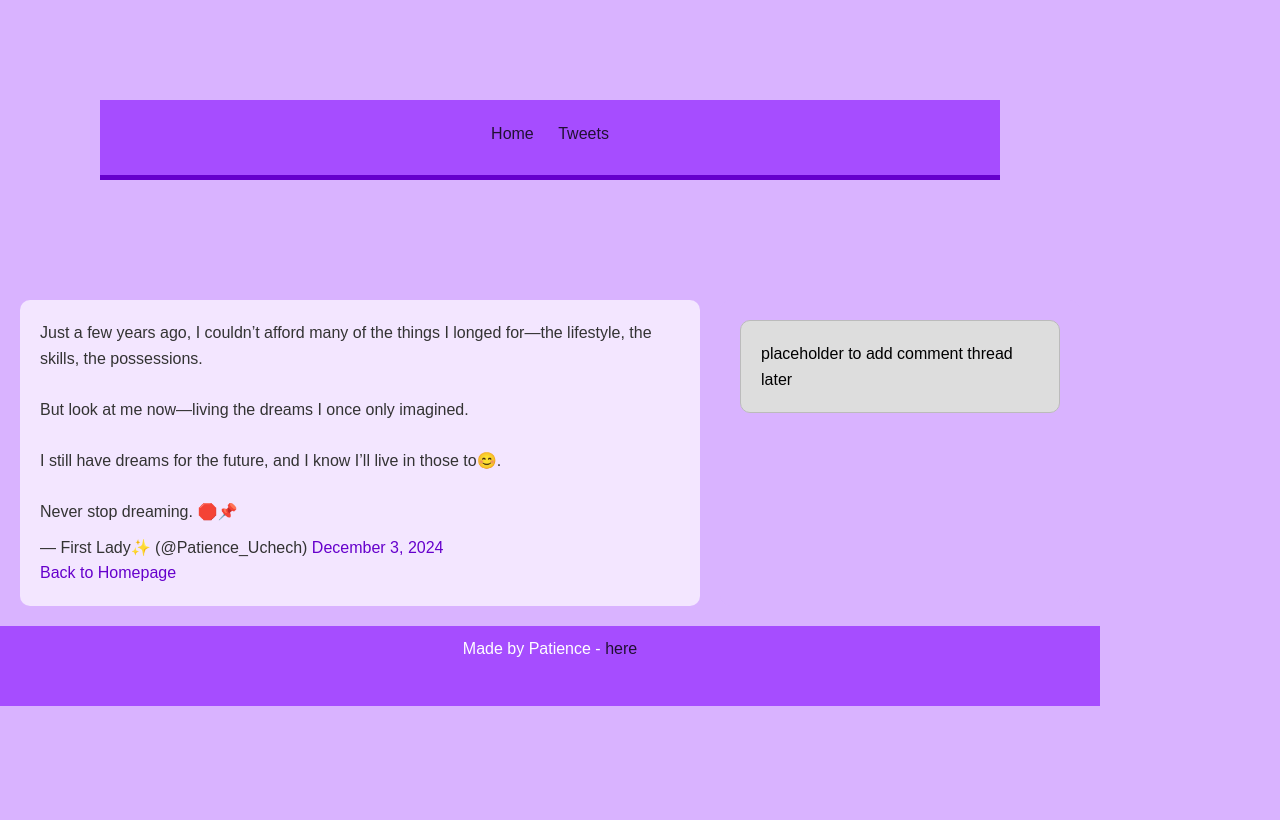
Repository: Patience225/My_First_Portfolio
Page: html_basic/tweets.html
The author's editor kept a copy of each file at every save. The page is drawn from the files as they stood at one save, then again after the next save.
The browser window is 1280 px wide. The pictures show the whole page.

Above is the page before, as saved 2024-12-21 09:09:36.

### html_basic/tweets.html
<!DOCTYPE html>
<html lang="en">
<head>
  <meta charset="UTF-8">
  <meta name="viewport" content="width=device-width, initial-scale=1.0">
  <title>My Tweets</title>
  <link href="../css_basic/base.css" rel="stylesheet">
  <link href="../css_basic/styles.css" rel="stylesheet">
</head>
<body class="tweets-page">
  <header>
    <ul>
      <li><a href="index.html">Home</a></li>
      <li><a href="tweets.html">Tweets</a></li>
    </ul>
  </header>
  <main>
    <article>
      <blockquote class="twitter-tweet"><p lang="en" dir="ltr">Just a few years ago, I couldn’t afford many of the things I longed for—the lifestyle, the skills, the possessions.<br><br>But look at me now—living the dreams I once only imagined.<br><br>I still have dreams for the future, and I know I’ll live in those to😊.<br><br>Never stop dreaming. 🛑📌</p>&mdash; First Lady✨ (@Patience_Uchech) <a href="https://twitter.com/Patience_Uchech/status/1863800680617541974?ref_src=twsrc%5Etfw">December 3, 2024</a></blockquote> <script async src="https://platform.twitter.com/widgets.js" charset="utf-8"></script>
      <a href="index.html">Back to Homepage</a>
    </article>
    <aside>
      <p>placeholder to add comment thread later</p>
    </aside>
  </main>
  <footer>
    <p>Made by Patience - <a href="https://github.com/Patience225" target="_blank">here</a></p>
  </footer>
</body>
</html>

### css_basic/base.css
/* CSS reset rules */

html, body {
  height: 100%;
  min-height: 100%;
  margin: 0;
  padding: 0;
  border: 0;
  font-size: 100%;
  font-style: inherit;
  vertical-align: baseline;
}

html, body, div, span, applet, object, iframe,
h1, h2, h3, h4, h5, h6, p, blockquote, pre,
a, abbr, acronym, address, big, cite, code,
del, dfn, img, ins, kbd, q, s, samp,
small, strike, sub, sup, tt, var,
b, u, i, center,
dl, dt, dd,
fieldset, form, label, legend,
table, caption, tbody, tfoot, thead, tr, th, td,
article, aside, canvas, details, embed,
figure, figcaption, footer, header, hgroup,
menu, nav, output, ruby, section, summary,
time, mark, audio, video {
  margin: 0;
  padding: 0;
  border: 0;
  font-size: 100%;
  font-style: inherit;
  vertical-align: baseline;
}

/* HTML5 display-role reset for older browsers */
article, aside, details, figcaption, figure,
footer, header, hgroup, menu, nav, section {
  display: block;
}

body {
  line-height: 1;
  font-family: 'Josefin Sans', serif;
  color: rgba(0, 0, 0, 0.8);
}

blockquote, q {
  quotes: none;
}
blockquote:before, blockquote:after,
q:before, q:after {
  content: '';
  content: none;
}

table {
  border-collapse: collapse;
  border-spacing: 0;
}

/* Fonts and colors */
h1, h2, h3, h4, h5, h6, header {
  font-family: 'Yeseva One', sans-serif;
}

aside {
  background: #FAFAFA;
  padding: 50px 15px;
}

aside p {
  border: 1px solid #bbb;
  background: #ddd;
  color: black;
  border-radius: 10px;
  padding: 20px 20px;
}

footer a {
  color: rgba(0, 0, 0, 0.8);
}

a {
  color: #F80002;
}

/* Positioning and margins */
@media (min-width: 1100px) {
  body {
    width: 1100px;
    margin: 0 auto;
  }
}

article {
  padding: 50px 15px;
}

article > *:first-child {
  margin-top: 0;
}

header .right {
  float: right;
  margin: 0 10px 15px;
}

/* Merged header block */
header {
  padding: 20px 0;
  height: 80px;
  border-bottom: 1px solid rgb(221,221,221);
  transition: border-bottom-color 1s ease;
}

header ul {
  list-style: none;
  margin: 0;
  padding: 0;
}

header li {
  display: inline;
  vertical-align: middle;
}

header li:first-child {
  margin: 0;
}

header li a {
  margin: 0 10px;
}

header li.logo {
  font-size: 36px;
}

header a {
  color: rgba(0, 0, 0, 0.8);
  text-decoration: none;
}

/* Footer */
footer {
  padding: 5px 15px;
  height: 80px;
}

/* Text styles and margins */

p {
  margin-bottom: 15px;
}

h1 {
  font-size: 36px;
  margin: 40px 0 20px;
}

h2 {
  font-size: 32px;
  margin: 30px 0 15px;
}

h3 {
  font-size: 28px;
  margin: 25px 0 10px;
}

h4 {
  font-size: 20px;
  font-weight: bold;
  margin: 20px 0 10px;
}

h5 {
  font-size: 18px;
  font-weight: bold;
  margin: 15px 0 10px;
}

h6 {
  font-weight: bold;
  margin: 5px 0;
}

@media (max-width: 800px) {
  body.works_on_smartphone {
    display: block;
  }

  body.works_on_smartphone main {
    display: block;
  }

  header .right {
    float: none;
  }
}

### css_basic/styles.css
/* Root variables for colors */
:root {
  --light-purple: #f3e6ff; /* Background for index */
  --medium-purple: #d9b3ff; /* Background for tweets */
  --dark-purple: #a64dff; /* Header/Footer background */
  --accent-purple: #6600cc; /* Accent elements like links */
  --text-dark: #333333; /* Professional dark text color */
  --text-light: #ffffff; /* Light text for contrast */
}

/* Global Reset */
* {
  margin: 0;
  padding: 0;
  box-sizing: border-box;
}

/* Global Styles */
body {
  font-family: 'Arial', sans-serif;
  line-height: 1.6;
  margin: 0;
}

/* Body Themes */
body.index-page {
  background-color: var(--light-purple);
  color: var(--text-dark);
}

body.tweets-page {
  background-color: var(--medium-purple);
  color: var(--text-dark);
}

/* Header Styling */
header {
  background-color: var(--dark-purple);
  color: var(--text-light);
  padding: 20px;
  margin: 100px;
  text-align: center;
  border-bottom: 5px solid var(--accent-purple);
}

header h1 {
  margin-bottom: 5px;
  font-size: 2.5rem;
}

header p {
  font-size: 1.2rem;
}

/* Navigation Bar */
nav ul {
  list-style: none;
  display: flex;
  justify-content: center;
  padding: 10px 0;
  background-color: var(--accent-purple);
}

nav ul li {
  margin: 0 15px;
}

nav ul li a {
  text-decoration: none;
  color: var(--text-light);
  font-weight: bold;
  transition: color 0.3s ease;
}

nav ul li a:hover {
  color: var(--light-purple);
}

/* Main Flexbox Layout */
main {
  display: flex;
  flex-direction: row;
  gap: 20px;
  padding: 20px;
}

/* Article and Aside */
article {
  flex: 2;
  background-color: var(--light-purple);
  padding: 20px;
  border-radius: 10px;
  overflow-y: auto;
}

aside {
  flex: 1;
  background-color: var(--medium-purple);
  padding: 20px;
  border-radius: 10px;
  overflow-y: auto;
  color: var(--text-dark);
}

/* Footer Styling */
footer {
  background-color: var(--dark-purple);
  color: var(--text-light);
  text-align: center;
  padding: 10px;
  position: sticky;
  bottom: 0;
}

/* Section Styling */
section {
  padding: 20px;
  margin-bottom: 20px;
}

h2 {
  margin-bottom: 15px;
  color: var(--accent-purple);
}

p, ul {
  margin-bottom: 10px;
}

/* Links Styling */
a {
  color: var(--accent-purple);
  text-decoration: none;
}

a:hover {
  text-decoration: underline;
}

/* Responsive Design */
@media (max-width: 800px) {
  main {
      flex-direction: column;
  }

  nav ul {
      flex-direction: column;
  }

  nav ul li {
      margin: 10px 0;
  }
}

After the next save:
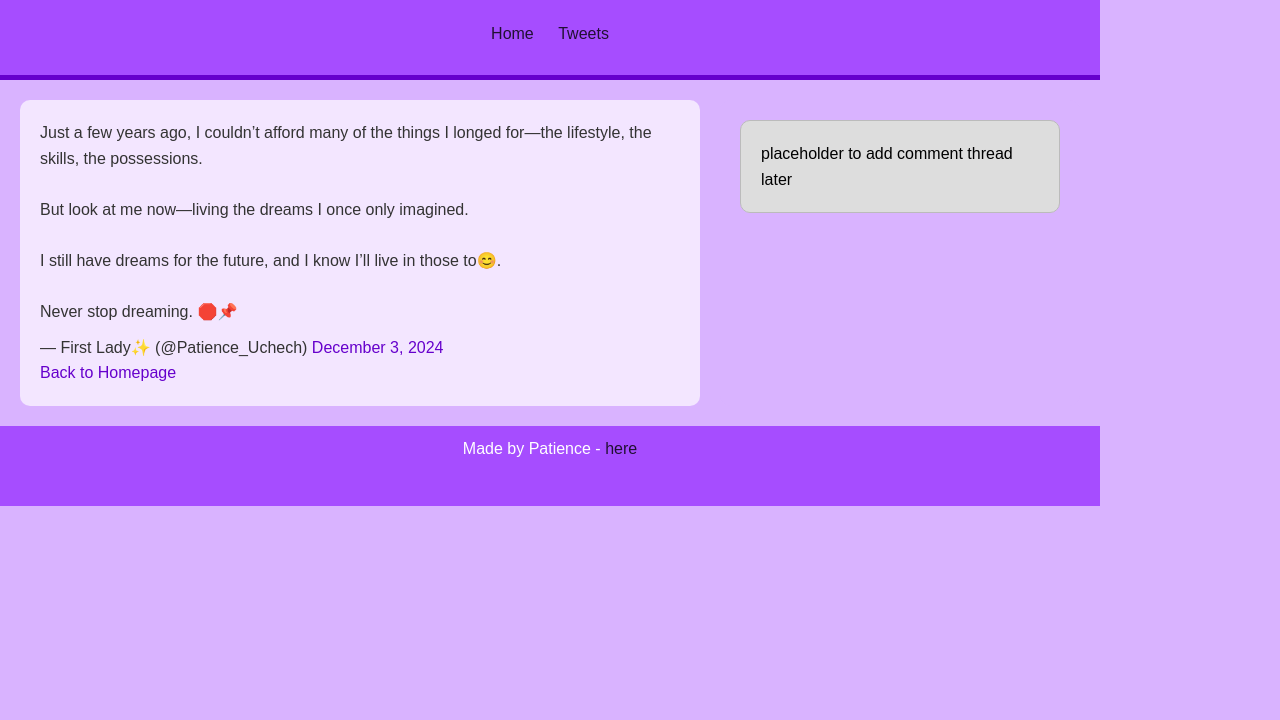
Saved 44 s later.
--- a/css_basic/styles.css
+++ b/css_basic/styles.css
@@ -38,7 +38,7 @@ header {
   background-color: var(--dark-purple);
   color: var(--text-light);
   padding: 20px;
-  margin: 100px;
+  : 100px;
   text-align: center;
   border-bottom: 5px solid var(--accent-purple);
 }
